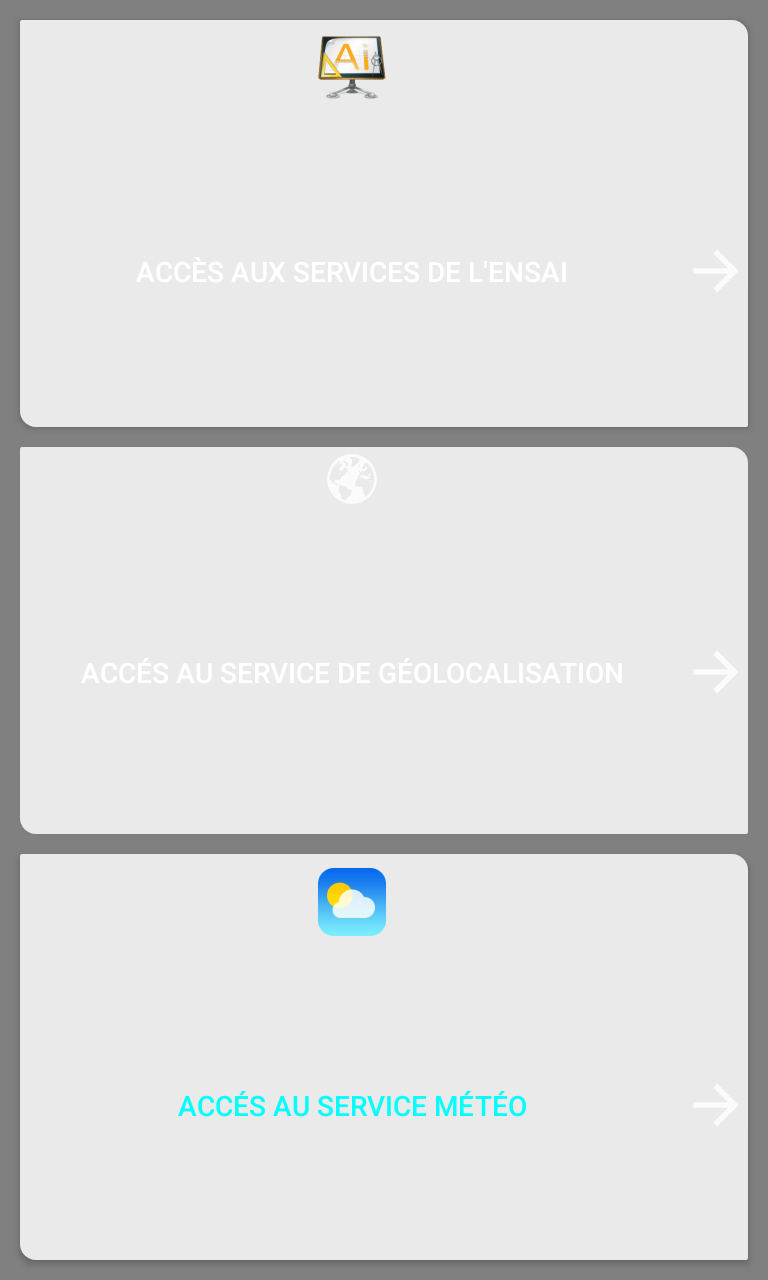
Repository: cpluuuusplus/WhoWantsKitKat
Layout: AppliPlus/res/layout/activity_menu_principal.xml
An editor plug-in stored every save of this project. The layout is shown before and after the next save, followed by the edit.
It is drawn on a 768 x 1280 px phone screen (xhdpi) without system bars, with theme Theme.AppCompat.Light; the app's code is not run.

Above is the layout before, as saved 2014-05-12 15:42:21.

### AppliPlus/res/layout/activity_menu_principal.xml
<?xml version="1.0" encoding="utf-8"?>
<LinearLayout xmlns:android="http://schemas.android.com/apk/res/android"
    android:layout_width="match_parent"
    android:layout_height="match_parent"
    android:background="@color/gray"
    android:orientation="vertical" >

    <Button
        android:id="@+id/main_act1"
        android:layout_width="match_parent"
        android:layout_height="fill_parent"
        android:layout_marginLeft="10dp"
        android:layout_marginRight="10dp"
        android:layout_marginTop="10dp"
        android:layout_weight="1"
        android:background="@drawable/button_shape"
        android:drawableRight="@drawable/ic_action_forward"
        android:drawableTop="@drawable/shcool"
        android:onClick="pamplemousse"
        android:text="@string/school"
        android:textColor="@color/white" />

    <Button
        android:id="@+id/main_act2"
        android:layout_width="match_parent"
        android:layout_height="fill_parent"
        android:layout_margin="10dp"
        android:layout_weight="1"
        android:background="@drawable/button_shape"
        android:drawableRight="@drawable/ic_action_forward"
        android:drawableTop="@drawable/ic_action_web_site"
        android:onClick="geolocalisation"
        android:text="@string/geo"
        android:textColor="@color/white" />

    <Button
        android:id="@+id/main_act3"
        android:layout_width="match_parent"
        android:layout_height="fill_parent"
        android:layout_marginBottom="10dp"
        android:layout_marginLeft="10dp"
        android:layout_marginRight="10dp"
        android:layout_weight="1"
        android:background="@drawable/button_shape"
        android:drawableRight="@drawable/ic_action_forward"
        android:drawableTop="@drawable/weather"
        android:onClick="meteo"
        android:text="@string/meteo"
        android:textColor="@color/aqua" />

</LinearLayout>

### AppliPlus/res/values/colors.xml
<?xml version="1.0" encoding="utf-8"?>
<resources>

    <color name="black_color">#000</color>
    <color name="white">#FFFFFF</color>
    <color name="yellow">#FFFF00</color>
    <color name="fuchsia">#FF00FF</color>
    <color name="red">#FF0000</color>
    <color name="silver">#C0C0C0</color>
    <color name="gray">#808080</color>
    <color name="olive">#808000</color>
    <color name="purple">#800080</color>
    <color name="maroon">#800000</color>
    <color name="aqua">#00FFFF</color>
    <color name="lime">#00FF00</color>
    <color name="teal">#008080</color>
    <color name="green">#008000</color>
    <color name="blue">#0000FF</color>
    <color name="navy">#000080</color>

</resources>

### AppliPlus/res/drawable-hdpi/button_shape.xml
<?xml version="1.0" encoding="utf-8"?>
<shape xmlns:android="http://schemas.android.com/apk/res/android"
    android:shape="rectangle" >

    <solid android:color="#EAEAEA" />

    <corners
        android:bottomLeftRadius="8dip"
        android:bottomRightRadius="1dip"
        android:topLeftRadius="1dip"
        android:topRightRadius="8dip" />

</shape>

### AppliPlus/res/values/strings.xml
<?xml version="1.0" encoding="utf-8"?>
<resources>

    <string name="app_name">Qui veut manger un KitKat ?</string>
    <string name="hello_world">Hello world!</string>
    <string name="nb_cours">%1$d cours viennent d\'être mis à jours</string>
    <string name="direct">Accès direct à pamplemousse viewer</string>
    <string name="refresh">Refresh</string>
    <string name="action_search">search</string>
    <string name="find_city">Rechercher une ville</string>

    <!-- Nom des menus ! -->

    <string name="home">Qui veut un KitKat ?</string>
    <string name="pamp_viewer">Accès à Pamplemousse</string>
    <string name="agenda_null">Première connection ? Renseignez vos identifiants, et synchroniser</string>
    <string name="url_error">Impossible de se connecter au serveur, veuillez vérifier vos identifiants et votre connection à internet</string>
    <string name="school">Accès aux services de l\'Ensai</string>
    <string name="connection">Accès à Pamplemousse</string>
    <string name="remote">Accès à Pamplemousse en ligne</string>
    <string name="pampl_desc">Emploi du temps, mails,...</string>
    <string name="geo">Accés au service de Géolocalisation</string>
    <string name="geo_desc">Géolocalisation</string>
    <string name="meteo">Accés au service Météo</string>
    <string name="meteo_desc">À</string>
    <string name="meteo_tc">Températures</string>
    <string name="meteo_wind">Vent</string>
    <string name="meteo_rain">Pluie</string>
    <string name="meteo_clouds">Nuages</string>
    <string name="valider_localite">Valider</string>
    <string name="desc_country">Pays</string>
    <string name="desc_sunrise">Levé du soleil</string>
    <string name="desc_sunset">Couché du soleil</string>
    <string name="desc_pressure">Pression</string>

    <!-- Cas non défini -->

    <string name="to_be_defined">En attente</string>

    <!-- Test login -->

    <string name="menu_settings">Settings</string>
    <string name="title_activity_main">MainActivity</string>
    <string name="image_content_description">Un Android avec un chien</string>
    <string name="login">S\'identifier</string>
    <string name="email">Id utilisateur</string>
    <string name="password">Mot de passe</string>
    <string name="connect">Se connecter</string>
    <string name="get_localite">Récupérer ma localisation actuelle</string>
    <string name="saisir_localite">Saisir une ville ici</string>
    <string name="desc_saisie_localite">Vous pouvez saisir une localité</string>
    <string name="temp">Ce champ doit etre rempli</string>
    <string name="geoloc_osm">Géolocationsation par OSM/OCM</string>

</resources>

After the next save:
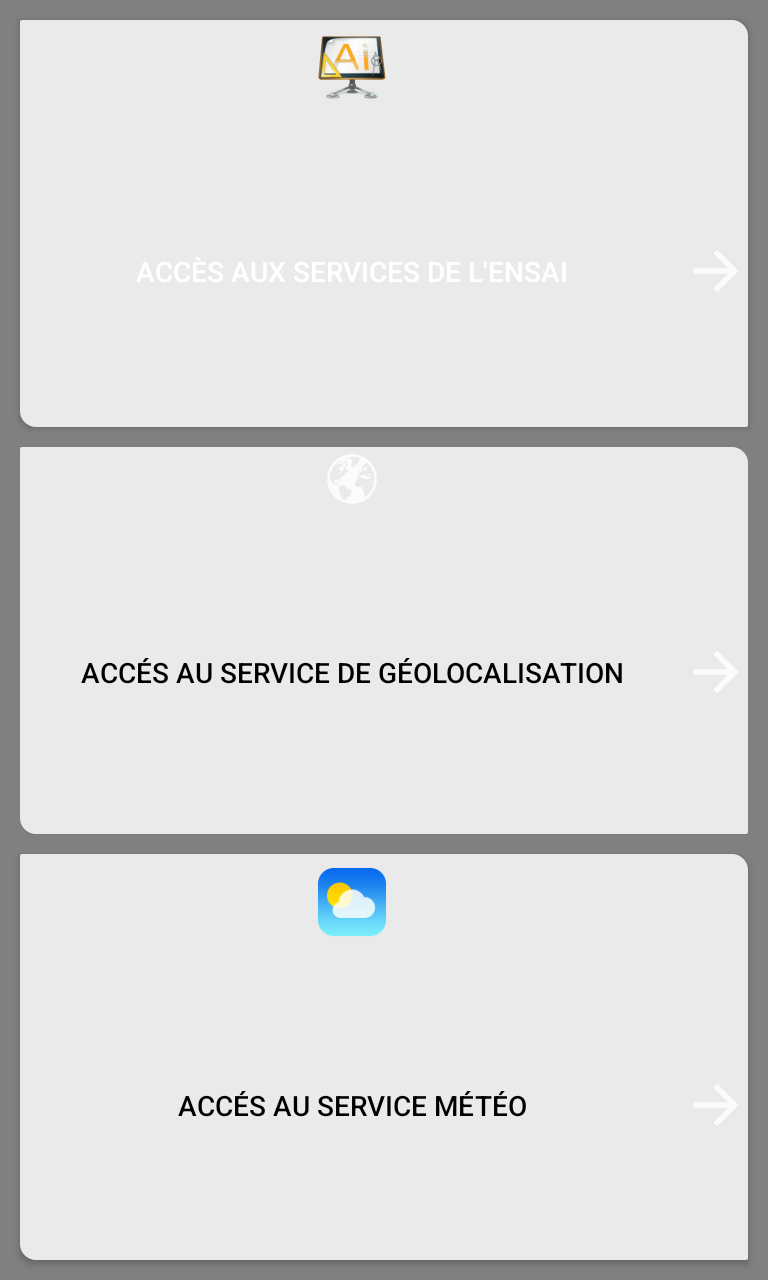
Saved 38 s later.
--- a/AppliPlus/res/layout/activity_menu_principal.xml
+++ b/AppliPlus/res/layout/activity_menu_principal.xml
@@ -31,7 +31,7 @@
         android:drawableTop="@drawable/ic_action_web_site"
         android:onClick="geolocalisation"
         android:text="@string/geo"
-        android:textColor="@color/white" />
+        android:textColor="@color/black_color" />
 
     <Button
         android:id="@+id/main_act3"
@@ -46,6 +46,6 @@
         android:drawableTop="@drawable/weather"
         android:onClick="meteo"
         android:text="@string/meteo"
-        android:textColor="@color/aqua" />
+        android:textColor="@color/black_color" />
 
 </LinearLayout>
